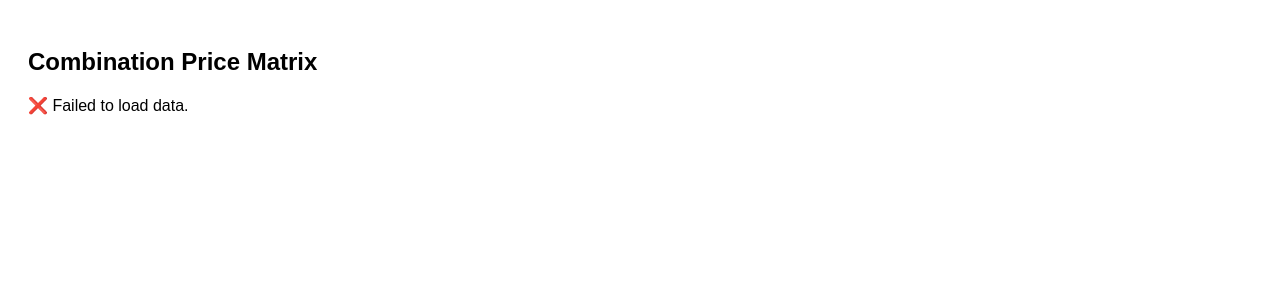
Repository: creesler/minimoqpricing
Page: index.html
An editor plug-in stored every save of this project. The page is shown before and after a run of saves, followed by the edit.
The browser window is 1280 px wide. The pictures show the whole page.
The page's requests for data from a server got no answer.

Above is the page before, as saved 2025-05-10 10:22:25.

After the next 2 saves:
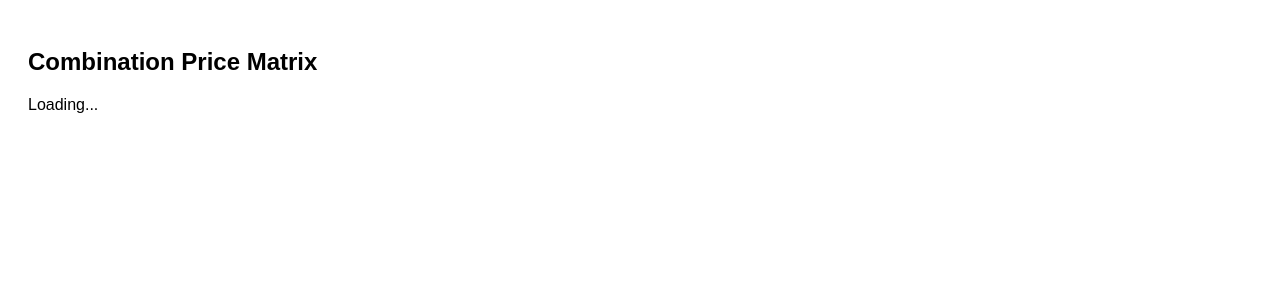
The 2 saves are shown as one change because they came seconds apart.
The last was saved 16 s later.
--- a/index.html
+++ b/index.html
@@ -29,121 +29,6 @@
   <div id="overlay">⏳ Saving... Please wait</div>
   <div id="tableContainer">Loading...</div>
 
-  <script>
-    const API_URL = 'http://localhost:3000/api/combinations';
-    const overlay = document.getElementById('overlay');
-
-    async function fetchAndRender() {
-      try {
-        const res = await fetch(API_URL);
-        const data = await res.json();
-
-        // ✅ Log combinations and prices to verify they are fetched from server
-        console.log("🔍 Fetched combinations with prices:", data.rows.map((row, i) => ({
-          combination: row.slice(0, -1).join(' | '),
-          price: row[row.length - 1],
-          id: data.ids[i]
-        })));
-
-        renderTable(data.headers, data.rows, data.ids);
-      } catch (err) {
-        const container = document.getElementById('tableContainer');
-        if (container) {
-          container.innerHTML = "❌ Failed to load data.";
-        }
-        console.error(err);
-      }
-    }
-
-    function renderTable(headers, rows, ids) {
-      const container = document.getElementById('tableContainer');
-      container.innerHTML = '';
-
-      const table = document.createElement('table');
-      const thead = document.createElement('thead');
-      const tbody = document.createElement('tbody');
-
-      const headerRow = document.createElement('tr');
-      headers.forEach(h => {
-        const th = document.createElement('th');
-        th.textContent = h;
-        headerRow.appendChild(th);
-      });
-      const actionTh = document.createElement('th');
-      actionTh.textContent = 'Action';
-      headerRow.appendChild(actionTh);
-      thead.appendChild(headerRow);
-
-      rows.forEach((row, i) => {
-        const tr = document.createElement('tr');
-        let priceInput;
-
-        row.forEach((val, j) => {
-          const td = document.createElement('td');
-          if (j === row.length - 1) {
-            const input = document.createElement('input');
-            input.type = 'number';
-            input.value = val;
-            input.min = 0;
-            input.step = 0.01;
-            input.className = 'price-input';
-            priceInput = input;
-            td.appendChild(input);
-          } else {
-            td.textContent = val;
-          }
-          tr.appendChild(td);
-        });
-
-        const actionTd = document.createElement('td');
-        const saveBtn = document.createElement('button');
-        saveBtn.textContent = '💾 Save';
-        saveBtn.onclick = async () => {
-          const price = parseFloat(priceInput.value);
-
-          overlay.style.display = 'flex';
-          document.querySelectorAll('input').forEach(inp => inp.disabled = true);
-          document.querySelectorAll('button').forEach(btn => btn.disabled = true);
-
-          saveBtn.textContent = '⏳ Saving...';
-
-          await updatePrice(ids[i], price);
-
-          saveBtn.textContent = '✅ Saved';
-
-          setTimeout(() => {
-            window.location.reload();
-          }, 700);
-        };
-        actionTd.appendChild(saveBtn);
-        tr.appendChild(actionTd);
-
-        tbody.appendChild(tr);
-      });
-
-      table.appendChild(thead);
-      table.appendChild(tbody);
-      container.appendChild(table);
-    }
-
-    async function updatePrice(id, price) {
-      try {
-        const res = await fetch(`${API_URL}/${id}`, {
-          method: 'PUT',
-          headers: { 'Content-Type': 'application/json' },
-          body: JSON.stringify({ price })
-        });
-        if (!res.ok) throw new Error("Failed to save");
-        console.log(`✅ Price updated: ${id} = $${price}`);
-      } catch (err) {
-        alert("❌ Failed to save price.");
-        console.error(err);
-      }
-    }
-
-    // ✅ Wait for DOM before running
-    window.addEventListener('DOMContentLoaded', fetchAndRender);
-  </script>
 
 </body>
 </html>

After the save that followed:
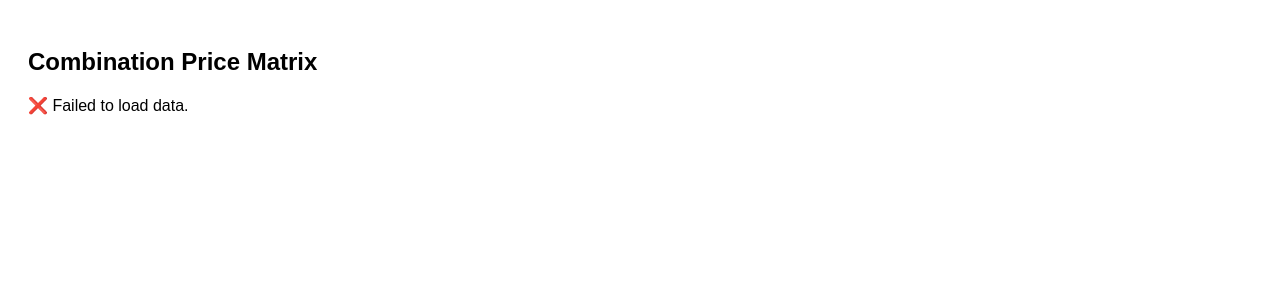
Saved 4 s later.
--- a/index.html
+++ b/index.html
@@ -29,6 +29,136 @@
   <div id="overlay">⏳ Saving... Please wait</div>
   <div id="tableContainer">Loading...</div>
 
+  <script>
+    const API_URL = 'http://localhost:3000/api/combinations';
+    const overlay = document.getElementById('overlay');
 
+    async function fetchAndRender() {
+      try {
+        const res = await fetch(API_URL);
+        const data = await res.json();
+
+        // ✅ Log combinations and prices to verify they are fetched from server
+        console.log("🔍 Fetched combinations with prices:", data.rows.map((row, i) => ({
+          combination: row.slice(0, -1).join(' | '),
+          price: row[row.length - 1],
+          id: data.ids[i]
+        })));
+
+        renderTable(data.headers, data.rows, data.ids);
+      } catch (err) {
+        document.getElementById('tableContainer').innerHTML = "❌ Failed to load data.";
+        console.error(err);
+      }
+    }
+
+    function renderTable(headers, rows, ids) {
+      const container = document.getElementById('tableContainer');
+      container.innerHTML = '';
+
+      const table = document.createElement('table');
+      const thead = document.createElement('thead');
+      const tbody = document.createElement('tbody');
+
+      // Header row
+      const headerRow = document.createElement('tr');
+      headers.forEach(h => {
+        const th = document.createElement('th');
+        th.textContent = h;
+        headerRow.appendChild(th);
+      });
+      const actionTh = document.createElement('th');
+      actionTh.textContent = 'Action';
+      headerRow.appendChild(actionTh);
+      thead.appendChild(headerRow);
+
+      // Rows
+      rows.forEach((row, i) => {
+        const tr = document.createElement('tr');
+        let priceInput;
+
+        row.forEach((val, j) => {
+          const td = document.createElement('td');
+          if (j === row.length - 1) {
+            const input = document.createElement('input');
+            input.type = 'number';
+            input.value = val;
+            input.min = 0;
+            input.step = 0.01;
+            input.className = 'price-input';
+            priceInput = input;
+            td.appendChild(input);
+          } else {
+            td.textContent = val;
+          }
+          tr.appendChild(td);
+        });
+
+        // Save button
+        const actionTd = document.createElement('td');
+        const saveBtn = document.createElement('button');
+        saveBtn.textContent = '💾 Save';
+        saveBtn.onclick = async () => {
+          const price = parseFloat(priceInput.value);
+
+          // 🔒 Disable all inputs and show overlay
+          overlay.style.display = 'flex';
+          document.querySelectorAll('input').forEach(inp => inp.disabled = true);
+          document.querySelectorAll('button').forEach(btn => btn.disabled = true);
+
+          saveBtn.textContent = '⏳ Saving...';
+
+          await updatePrice(ids[i], price);
+
+          saveBtn.textContent = '✅ Saved';
+
+          // Refresh iframe
+          setTimeout(() => {
+            window.location.reload();
+          }, 700);
+        };
+        actionTd.appendChild(saveBtn);
+        tr.appendChild(actionTd);
+
+        tbody.appendChild(tr);
+      });
+
+      table.appendChild(thead);
+      table.appendChild(tbody);
+      container.appendChild(table);
+    }
+
+    async function updatePrice(id, price) {
+      try {
+        const res = await fetch(`${API_URL}/${id}`, {
+          method: 'PUT',
+          headers: { 'Content-Type': 'application/json' },
+          body: JSON.stringify({ price })
+        });
+        if (!res.ok) throw new Error("Failed to save");
+        console.log(`✅ Price updated: ${id} = $${price}`);
+      } catch (err) {
+        alert("❌ Failed to save price.");
+        console.error(err);
+      }
+    }
+
+    fetchAndRender();
+
+    // ✅ Trigger scraper once on load and refresh after it's done
+    window.addEventListener('DOMContentLoaded', async () => {
+      const scrapeUrl = 'https://your-forminator-page.com'; // ← replace with actual form page
+      try {
+        const res = await fetch(`/api/scrape?url=${encodeURIComponent(scrapeUrl)}`);
+        const data = await res.json();
+        if (data.success) {
+          console.log("✅ Scrape completed");
+          fetchAndRender(); // refresh data after scraping
+        }
+      } catch (err) {
+        console.error("❌ Failed to run scraper", err);
+      }
+    });
+  </script>
 </body>
 </html>
